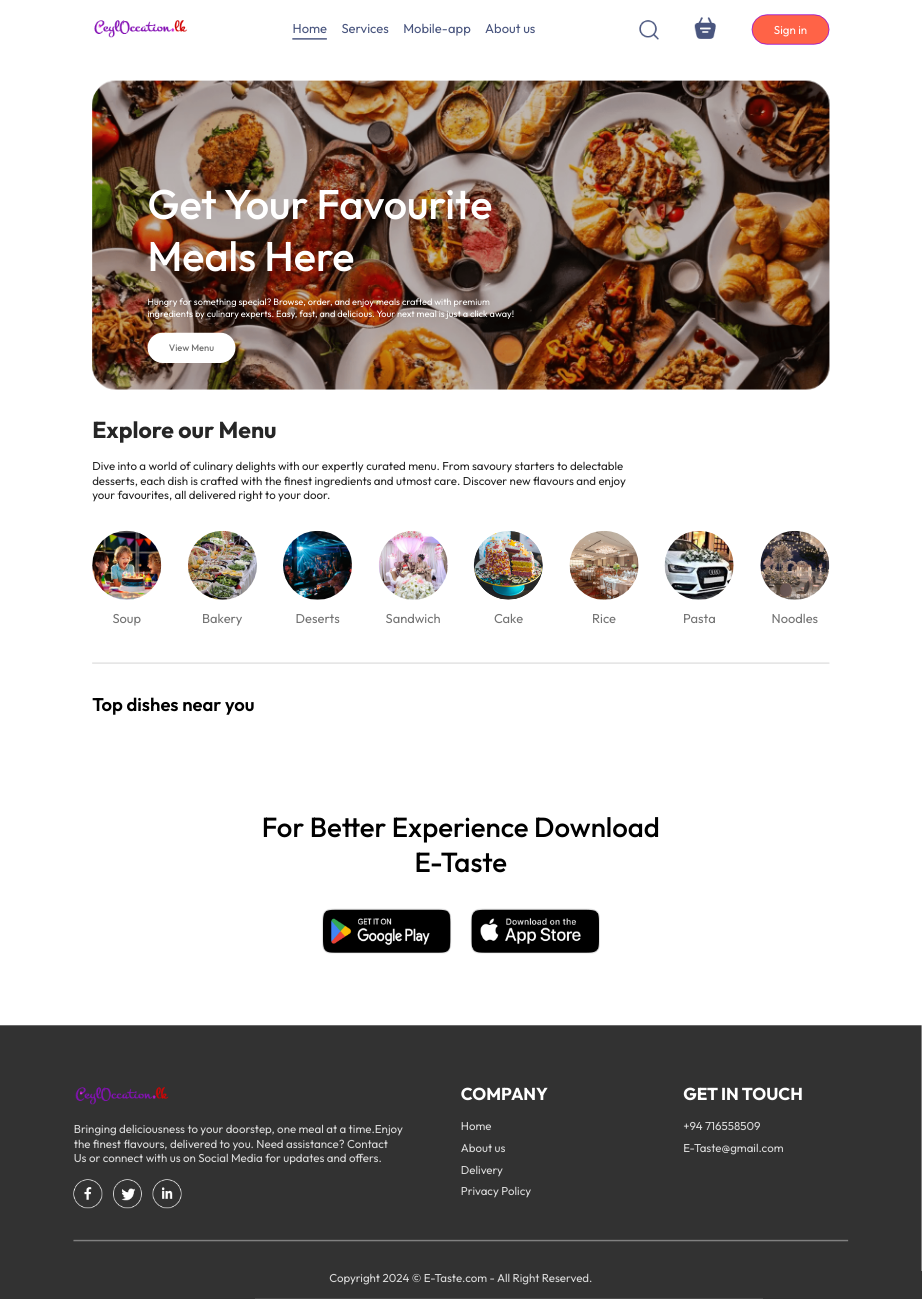
Repository: Abhiranda/Ceyloccation.lk
Page: / (app in frontend/)
An editor plug-in stored every save of this project. The page is shown before and after a run of saves, followed by the edit.
The browser window is 1280 px wide. The pictures show the whole page, at 72% of full size.
The pointer rests on the first visible `.navbar button`.
The page's requests for data from a server got no answer. The project was rebuilt for these pictures with package versions that can differ from the ones it lists, and the page was loaded fresh each time. No one was signed in, and anything a server would have sent is missing. Also part of the build but not shown: frontend/vite.config.js, frontend/src/pages/PlaceOrder/PlaceOrder.css, frontend/src/pages/PlaceOrder/PlaceOrder.jsx, frontend/src/components/FoodItem/FoodItem.css, frontend/src/components/FoodItem/FoodItem.jsx, frontend/src/pages/Cart/Cart.css, frontend/src/pages/Cart/Cart.jsx, frontend/src/components/LoginPopup/LoginPopup.css and 5 more.

Above is the page before, as saved 2024-06-03 13:48:09.

After the next 2 saves:
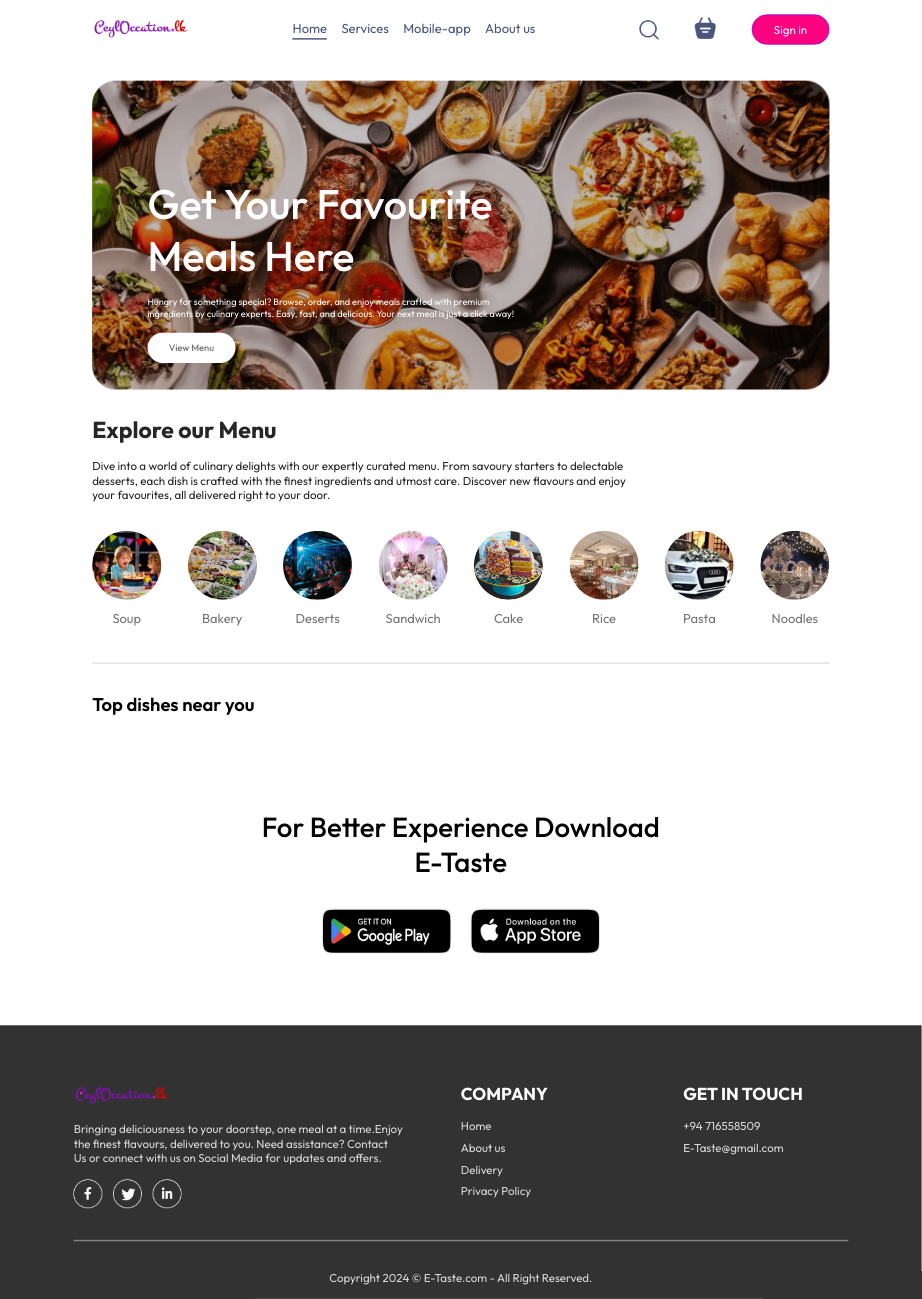
The 2 saves are shown as one change because they came seconds apart.
The last was saved 11 s later.
--- a/frontend/src/components/Navbar/Navbar.css
+++ b/frontend/src/components/Navbar/Navbar.css
@@ -36,7 +36,7 @@
 }
 
 .navbar button:hover{
-    background-color:tomato;
+    background-color:rgb(255, 0, 128);
     color: white;
 }
 
